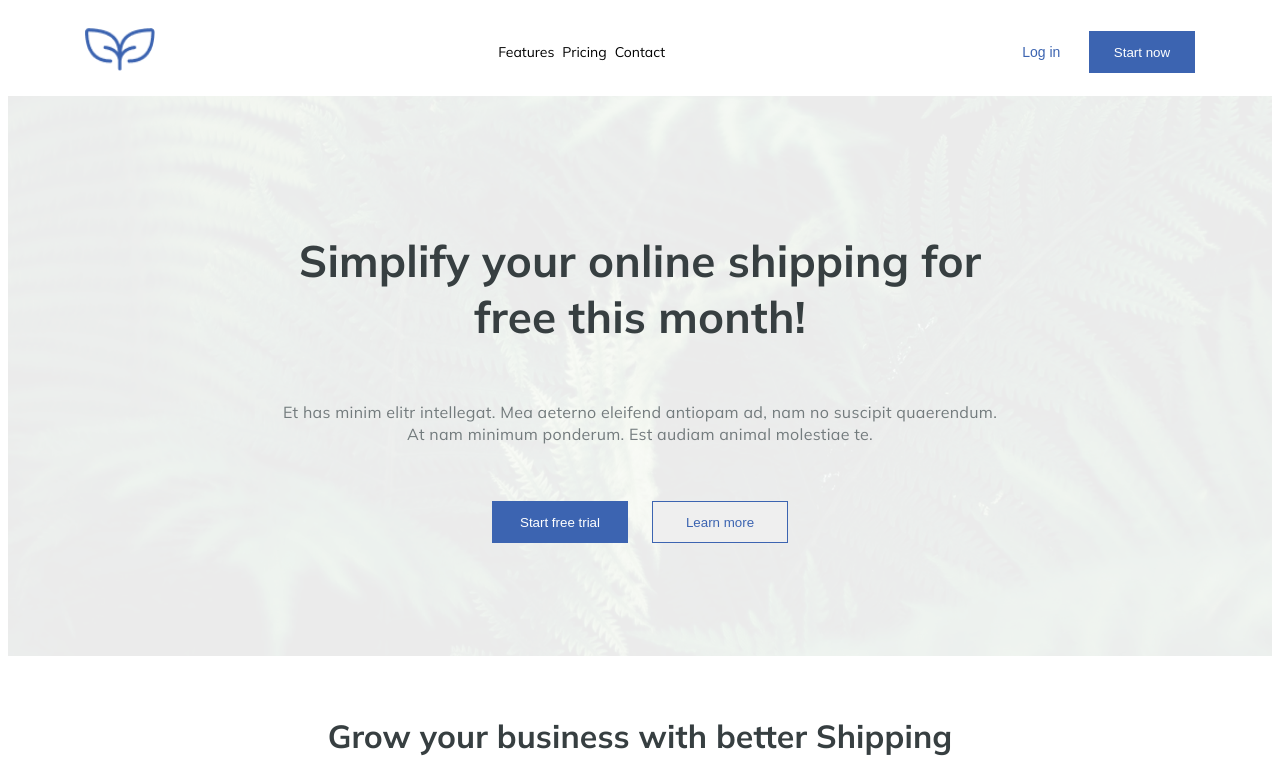
Repository: HoanTiny/FrontEnd_Examination
Page: index.html
These files come from the project's save history. The page is drawn as it stood at one moment and after the next save; the edit follows.
The browser window is 1280 px wide. The pictures show the whole page.

Above is the page before, as saved 2022-11-26 01:49:01.

After the next save:
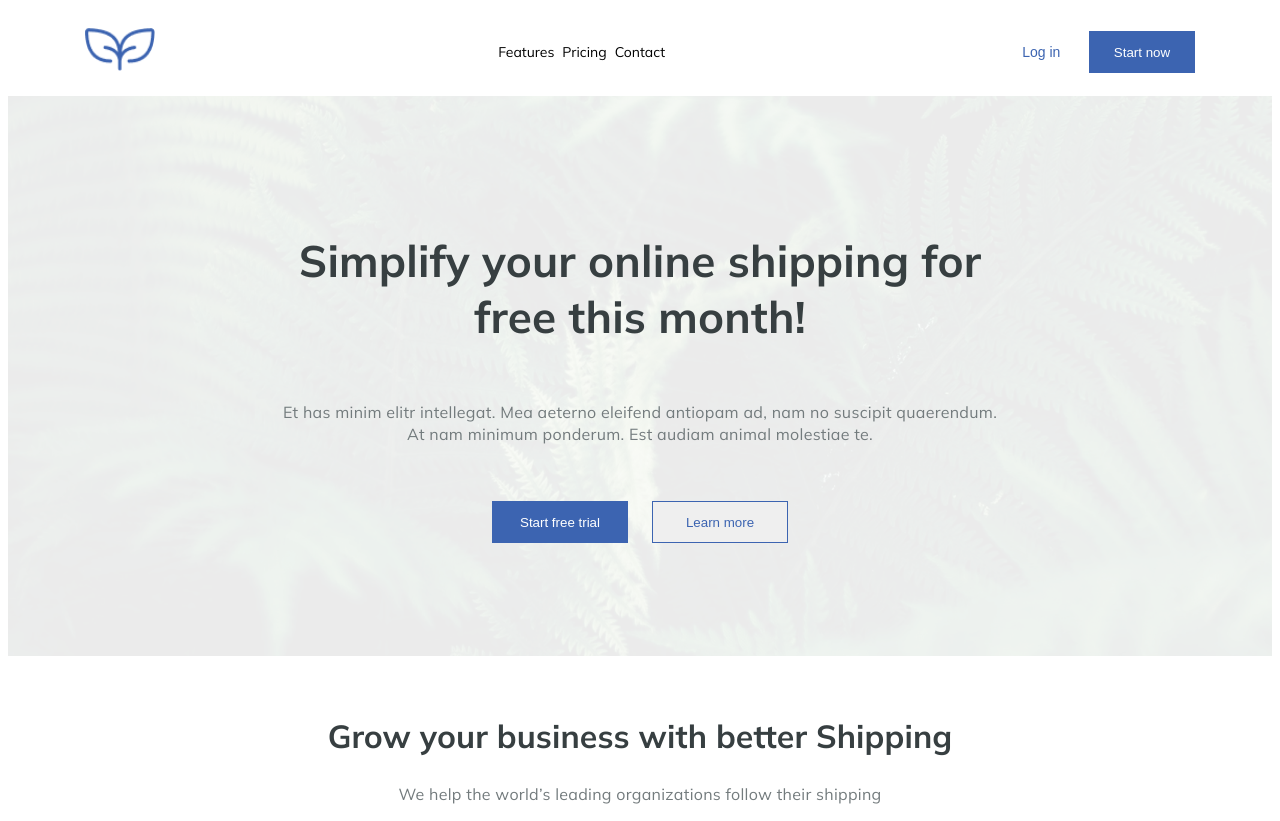
Saved 51 s later.
--- a/index.html
+++ b/index.html
@@ -51,6 +51,10 @@
                     <h2 class="main__info-heading">
                         Grow your business with better Shipping
                     </h2>
+                    <p>
+                        We help the world’s leading organizations follow their
+                        shipping
+                    </p>
                 </div>
             </div>
         </div>
